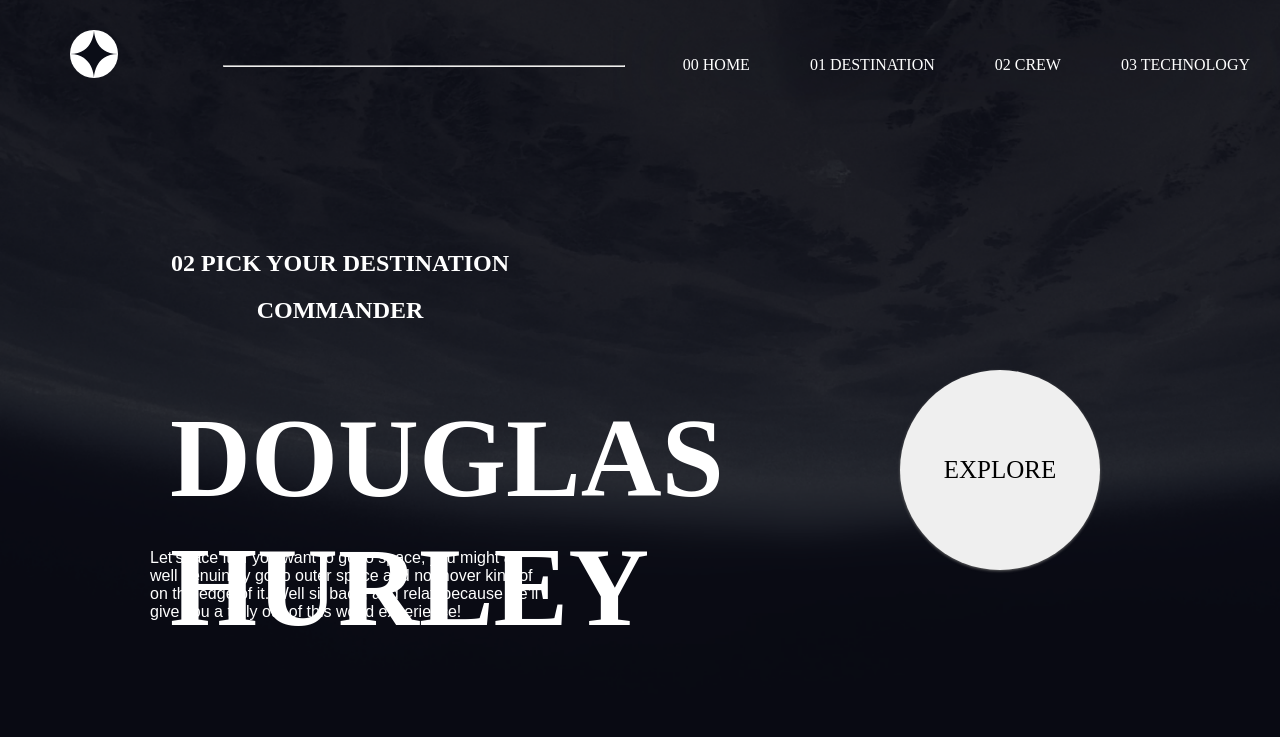
Repository: batonAnton/space_tourism
Page: crew.html
The author's editor kept a copy of each file at every save. The page is drawn from the files as they stood at one save, then again after the next save.
The browser window is 1280 px wide. The pictures show the whole page.
Some web fonts or font styles are not loaded; a fallback is used.

Above is the page before, as saved 2022-05-20 15:23:51.

After the next save:
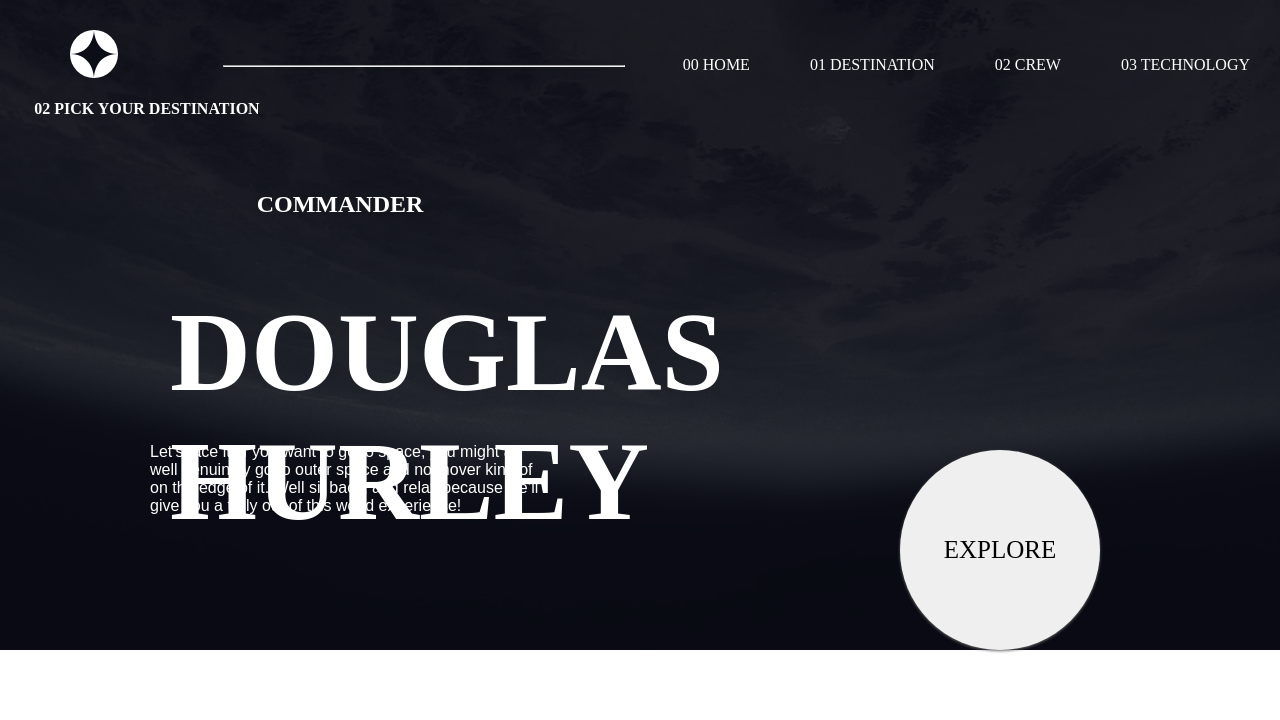
Saved 7 min 53 s later.
--- a/css/style.css
+++ b/css/style.css
@@ -114,6 +114,14 @@ li {
   margin: 130px 100px 100px 150px;
 }
 
+.h2_planet {
+  height: 1px;
+  display: block;
+  margin: -210px 0px 90px -193px;
+  font-size: 16px;
+}
+
+
 h1,
 h2,
 p {
